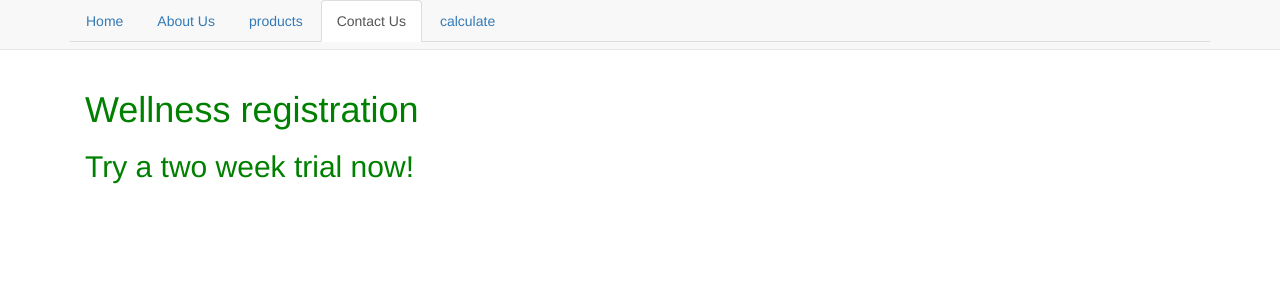
Repository: tonypaolucci/hibernate_lab
Page: http://localhost/wellnessClub/WEB-INF/views/signups.jsp
These files come from the project's save history. The page is drawn as it stood at one moment and after the next save; the edit follows.
The browser window is 1280 px wide. The pictures show the whole page.
Some web libraries are served in a nearby version. The page is served by Tomcat 9. Nobody is signed in. Other server files are loaded and not shown. The template is opened directly, without the code that normally fills it, so the values that code supplies are empty.

Above is the page before, as saved 2017-03-08 22:18:13.
Console error (its wording comes from the project's code and is left out).

### wellnessClub/src/main/webapp/WEB-INF/views/signups.jsp
<%@ page language="java" contentType="text/html; charset=ISO-8859-1"
	pageEncoding="ISO-8859-1"%>

<%@ taglib prefix="c" uri="http://java.sun.com/jsp/jstl/core"%>
<!DOCTYPE html>
<html lang="en">
  <head>
    <meta charset="utf-8">
    <meta http-equiv="X-UA-Compatible" content="IE=edge">
    <meta name="viewport" content="width=device-width, initial-scale=1">
    <title>Title</title>
    <link rel="stylesheet" href="https://maxcdn.bootstrapcdn.com/bootstrap/3.3.7/css/bootstrap.min.css">
	<link rel="stylesheet" href="https://cdnjs.cloudflare.com/ajax/libs/font-awesome/4.6.3/css/font-awesome.min.css">

  </head>
  <body>
	<header>
		<nav class="navbar navbar-default navbar-static-top" role="navigation">
			<div class="navigation">
				<div class="container">
					<div class="navbar-header">
						<button type="button" class="navbar-toggle collapsed" data-toggle="collapse" data-target=".navbar-collapse.collapse">
							<span class="sr-only">Toggle navigation</span>
							<span class="icon-bar"></span>
							<span class="icon-bar"></span>
							<span class="icon-bar"></span>
						</button>
					</div>

					<div class="navbar-collapse collapse">
						<div class="menu">
							<ul class="nav nav-tabs" role="tablist">
								<li><a href="index">Home</a></li>
								<li><a href="about">About Us</a></li>
								<li ><a href="products">products</a></li>
								<li class="active"><a href="contact">Contact Us</a></li>
								<li ><a href="calculate">calculate</a></li>
								</ul>
						</div>
					</div>
				</div>
			</div>
		</nav>
	</header>

	<div class="container">
			<div class="container">
		     <h1 style="color: #008000">Wellness registration </h1>

			 <h2 style="color: #008000">Try a two week trial now! </h2>



	</div>
<form id="signupForm" method="post" action="signupMember">

	<div class="contact form">

	</div>

</form>


  </body>
   <script src="https://maxcdn.bootstrapcdn.com/bootstrap/3.3.7/js/bootstrap.min.js"></script>
 	 <script src="https://ajax.googleapis.com/ajax/libs/jquery/3.1.1/jquery.min.js"></script>

</html>

After the next save:
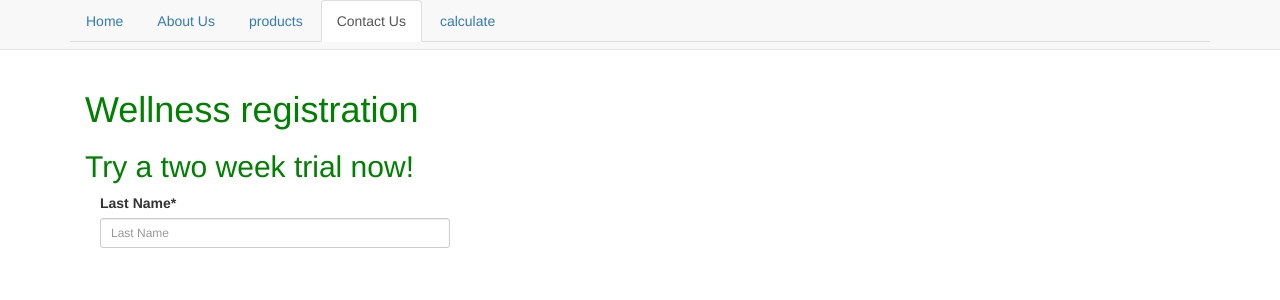
Saved 18 min 56 s later.
--- a/wellnessClub/src/main/webapp/WEB-INF/views/signups.jsp
+++ b/wellnessClub/src/main/webapp/WEB-INF/views/signups.jsp
@@ -55,7 +55,15 @@
 <form id="signupForm" method="post" action="signupMember">
 
 	<div class="contact form">
+		<div class="container">
+			 <div class="col-md-4" >
+                           <div class="form-group">
+                              <label for="ln" id='eln' >Last Name*</label>
+                              <input type=text id="lname" name="lname" class="form-control input-sm" placeholder="Last Name" >
+                           </div>
 
+                     </div>
+		</div>
 	</div>
 
 </form>
